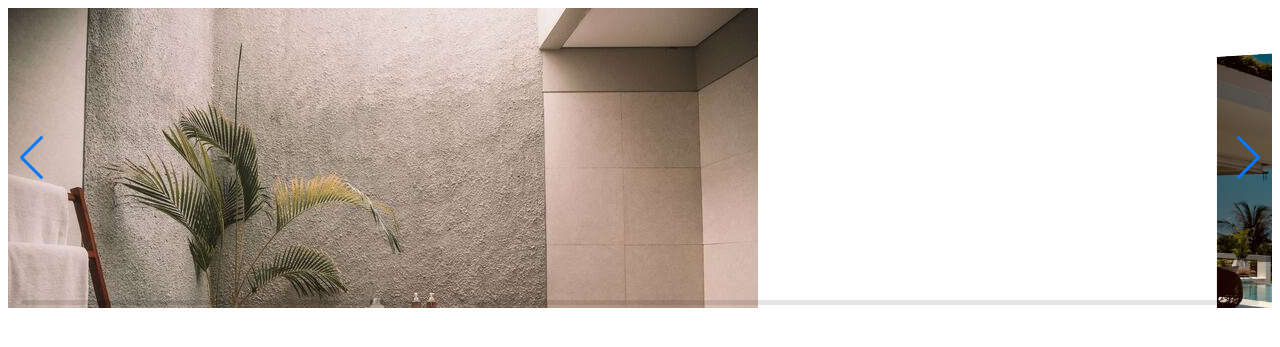
Repository: yuu2310/javascript
Page: environment/front-dev-tutorial-master/05_JavaScriptを実践で使う/070_Swiperを使ったスライダーアニメーション/start/swiperjs-template.html
The author's editor kept a record of every edit. The page is drawn from the files as they stood at one moment, then again after the next edit.
The browser window is 1280 px wide. The pictures show the whole page.

Above is the page before.
Console error: ReferenceError: HeroSlider is not defined

### environment/front-dev-tutorial-master/05_JavaScriptを実践で使う/070_Swiperを使ったスライダーアニメーション/start/swiperjs-template.html
<!-- Swiperのサイトからコピーしてくるコードです。（HTML用） -->
<!DOCTYPE html>
<html lang="en">
  <head>
    <meta charset="UTF-8">
    <meta name="viewport" content="width=device-width, initial-scale=1.0">
    <meta http-equiv="X-UA-Compatible" content="ie=edge">
    <title>Document</title>
    <link rel="stylesheet" href="swiper-bundle.min.css" type="text/css" />
    <link rel="stylesheet" href="style.css" type="text/css" />
  </head>
  <body>
    <div id="global-container">
      <div id="container">
        <div id="content">
          <div class="hero">
            <!-- Slider main container -->
            <div class="swiper">
              <!-- Additional required wrapper -->
              <div class="swiper-wrapper">
                <!-- Slides -->
                <div class="swiper-slide">
                  <img src="images/image-1.jpg"/>
                </div>
                <div class="swiper-slide">
                  <img src="images/image-2.jpg"/>
                </div>
                <div class="swiper-slide">
                  <img src="images/image-3.jpg"/>
                </div>
                ...
              </div>
              <!-- If we need pagination -->
              <div class="swiper-pagination"></div>

              <!-- If we need navigation buttons -->
              <div class="swiper-button-prev"></div>
              <div class="swiper-button-next"></div>

              <!-- If we need scrollbar -->
              <div class="swiper-scrollbar"></div>
            </div>
          </div>
        </div>
      </div>
    </div>



    <script type="text/javascript" src="swiper-bundle.min.js"></script>
    <script type="text/javascript" src="swiperjs-temlate.js"></script>
    <script src="main.js" type="text/javascript" charset="utf-8"></script>

  </body>
</html>

### environment/front-dev-tutorial-master/05_JavaScriptを実践で使う/070_Swiperを使ったスライダーアニメーション/start/style.css

.swiper {
  width: 100%;
  height: 300px;
}

.hero__title {
  position: absolute;
  top: 50%;
  left: 50%;
  transform: translate(-50%, -50%);
  color: white;
  font-size: 25px;
}

.hero__fotter {
  position: absolute;
  left: 50%;
  bottom: 20px;
  transform: translateX(-50%);
  z-index: 2;
  height: 68px;
  width: 22px;
}

.hero__downarrow {
  position: absolute;
  left: 0;
  bottom: 0;
  width: 6px;
}

.hero__scrolltext {
  position: absolute;
  transform: rotate(90deg);
  color: rgba(255,255,255,0.7);
  left: -8px;
  top: 11px;
  font-size: 1.2em;
}

### environment/front-dev-tutorial-master/05_JavaScriptを実践で使う/070_Swiperを使ったスライダーアニメーション/start/swiperjs-temlate.js
// Swiperのサイトからコピーしてくるコードです。（JavaScript用）
const swiper = new Swiper(".swiper", {
  // Optional parameters
  // direction: "vertical",
  loop: true,
  // effect: 'fade',
   effect: 'coverflow',

  // // If we need pagination
  // pagination: {
  //   el: ".swiper-pagination",
  // },

  // // Navigation arrows
  // navigation: {
  //   nextEl: ".swiper-button-next",
  //   prevEl: ".swiper-button-prev",
  // },

  // // And if we need scrollbar
  // scrollbar: {
  //   el: ".swiper-scrollbar",
  // },
});

### environment/front-dev-tutorial-master/05_JavaScriptを実践で使う/070_Swiperを使ったスライダーアニメーション/start/main.js
document.addEventListener('DOMContentLoaded', function () {
    const hero = new HeroSlider('.swiper');
    hero.start();
});

Loaded but not shown: environment/front-dev-tutorial-master/05_JavaScriptを実践で使う/070_Swiperを使ったスライダーアニメーション/start/swiper-bundle.min.css (library); environment/front-dev-tutorial-master/05_JavaScriptを実践で使う/070_Swiperを使ったスライダーアニメーション/start/swiper-bundle.min.js (library)

After the next edit:
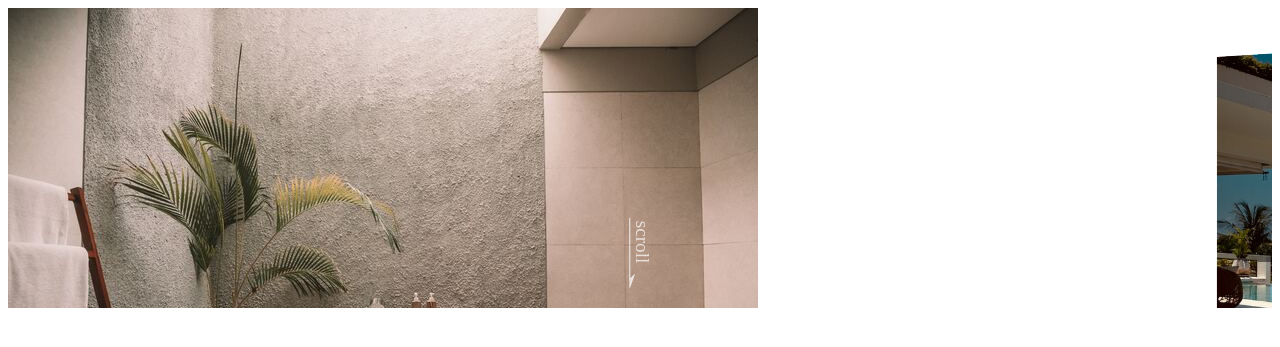
The edit:
--- a/environment/front-dev-tutorial-master/05_JavaScriptを実践で使う/070_Swiperを使ったスライダーアニメーション/start/swiperjs-template.html
+++ b/environment/front-dev-tutorial-master/05_JavaScriptを実践で使う/070_Swiperを使ったスライダーアニメーション/start/swiperjs-template.html
@@ -30,15 +30,19 @@
                 </div>
                 ...
               </div>
+              <div class="hero__fotter">
+                <img class="hero__downarrow" src="images/arrow.svg"/>
+                <span class="hero__scrolltext">scroll</span>
+              </div>
               <!-- If we need pagination -->
-              <div class="swiper-pagination"></div>
+              <!--<div class="swiper-pagination"></div>-->
 
               <!-- If we need navigation buttons -->
-              <div class="swiper-button-prev"></div>
-              <div class="swiper-button-next"></div>
+              <!--<div class="swiper-button-prev"></div>-->
+              <!--<div class="swiper-button-next"></div>-->
 
               <!-- If we need scrollbar -->
-              <div class="swiper-scrollbar"></div>
+              <!--<div class="swiper-scrollbar"></div>-->
             </div>
           </div>
         </div>
